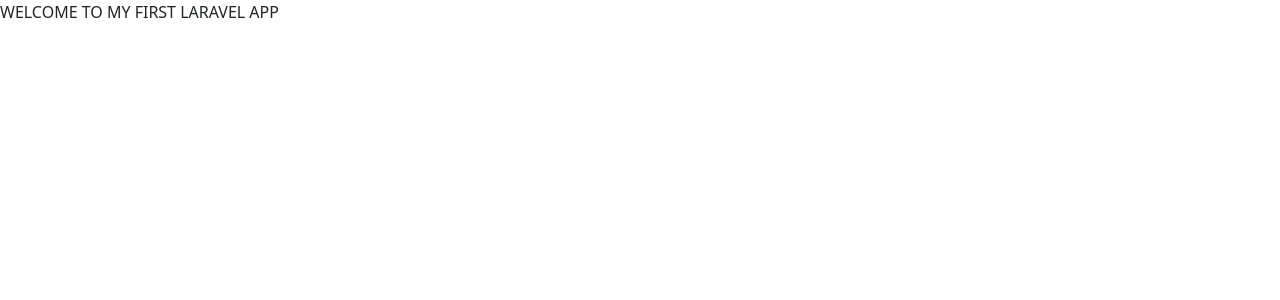
Repository: owuraku/laravel-class-dbc-26-1
Page: http://localhost/
An editor plug-in stored every save of this project. The page is shown before and after the next save, followed by the edit.
The browser window is 1280 px wide. The pictures show the whole page.
The page is served by the project's Laravel application, run on PHP 8.4 with Laravel 8.

Above is the page before, as saved 2022-02-02 12:31:43.

After the next save:
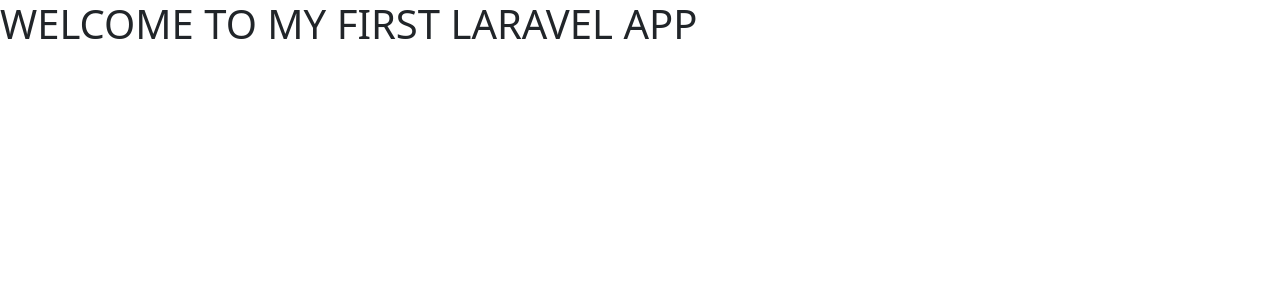
Saved 13 s later.
--- a/resources/views/welcome.blade.php
+++ b/resources/views/welcome.blade.php
@@ -9,7 +9,9 @@
     <link href="https://cdn.jsdelivr.net/npm/bootstrap@5.1.3/dist/css/bootstrap.min.css" rel="stylesheet" integrity="sha384-1BmE4kWBq78iYhFldvKuhfTAU6auU8tT94WrHftjDbrCEXSU1oBoqyl2QvZ6jIW3" crossorigin="anonymous">
 </head>
 <body>
-WELCOME TO MY FIRST LARAVEL APP
+    <h1>
+        WELCOME TO MY FIRST LARAVEL APP
+    </h1>
 <!-- JavaScript Bundle with Popper -->
 <script src="https://cdn.jsdelivr.net/npm/bootstrap@5.1.3/dist/js/bootstrap.bundle.min.js" integrity="sha384-ka7Sk0Gln4gmtz2MlQnikT1wXgYsOg+OMhuP+IlRH9sENBO0LRn5q+8nbTov4+1p" crossorigin="anonymous"></script>
 </body>
